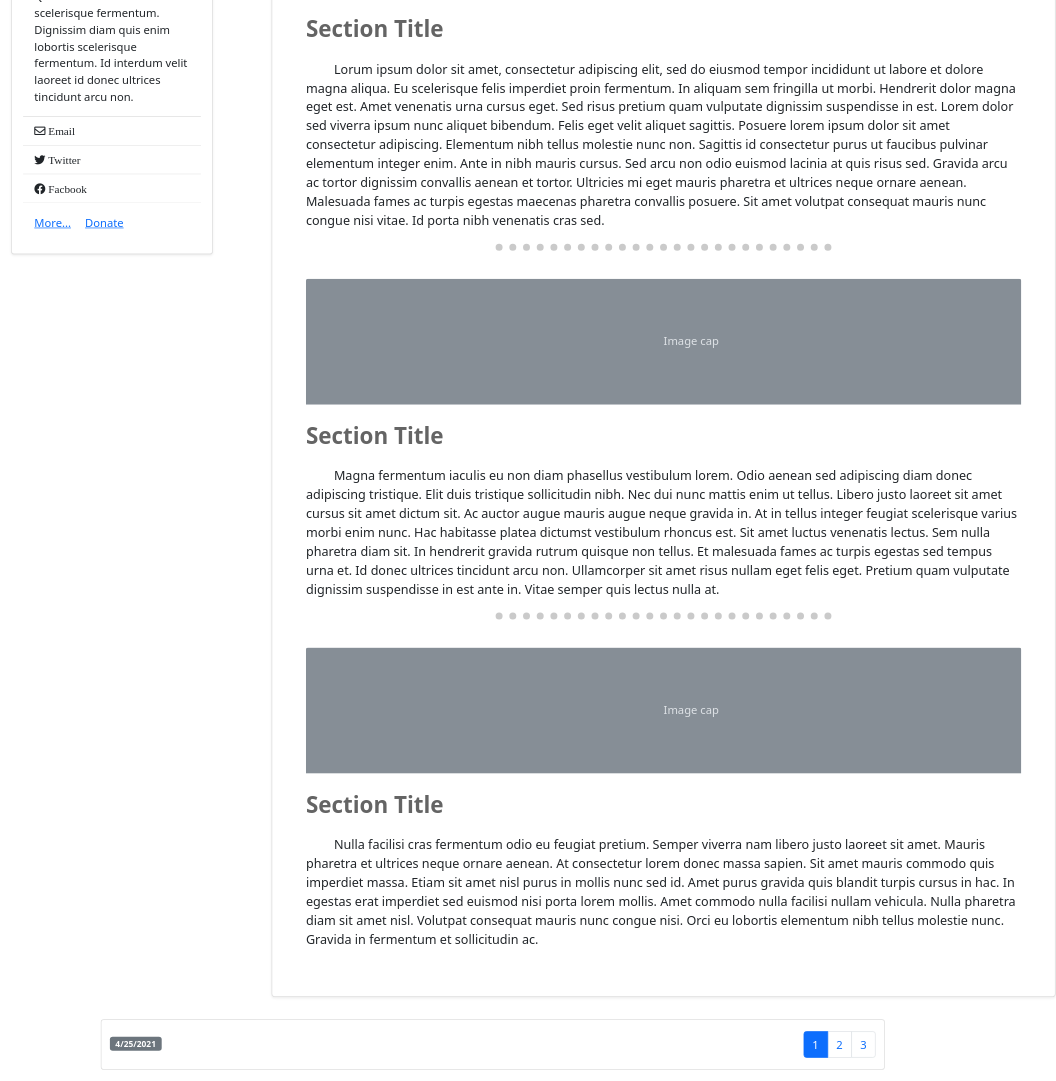
Repository: LublubXT/Azi-Tec-Team
Page: views/templates/blogs/personalblog/home.html
These files come from the project's save history. The page is drawn as it stood at one moment and after the next save; the edit follows.
The browser window is 1280 px wide. The page is 1508 px wide, so the pictures cover 1508 px, including what lies to the right of the window. The pictures show the part of the page from y = 1153 to 2793 px (the page is 2697 px tall before and 2793 px after), at 70% of full size.

Above is the page before, as saved 2021-03-11 12:23:05.

After the next save:
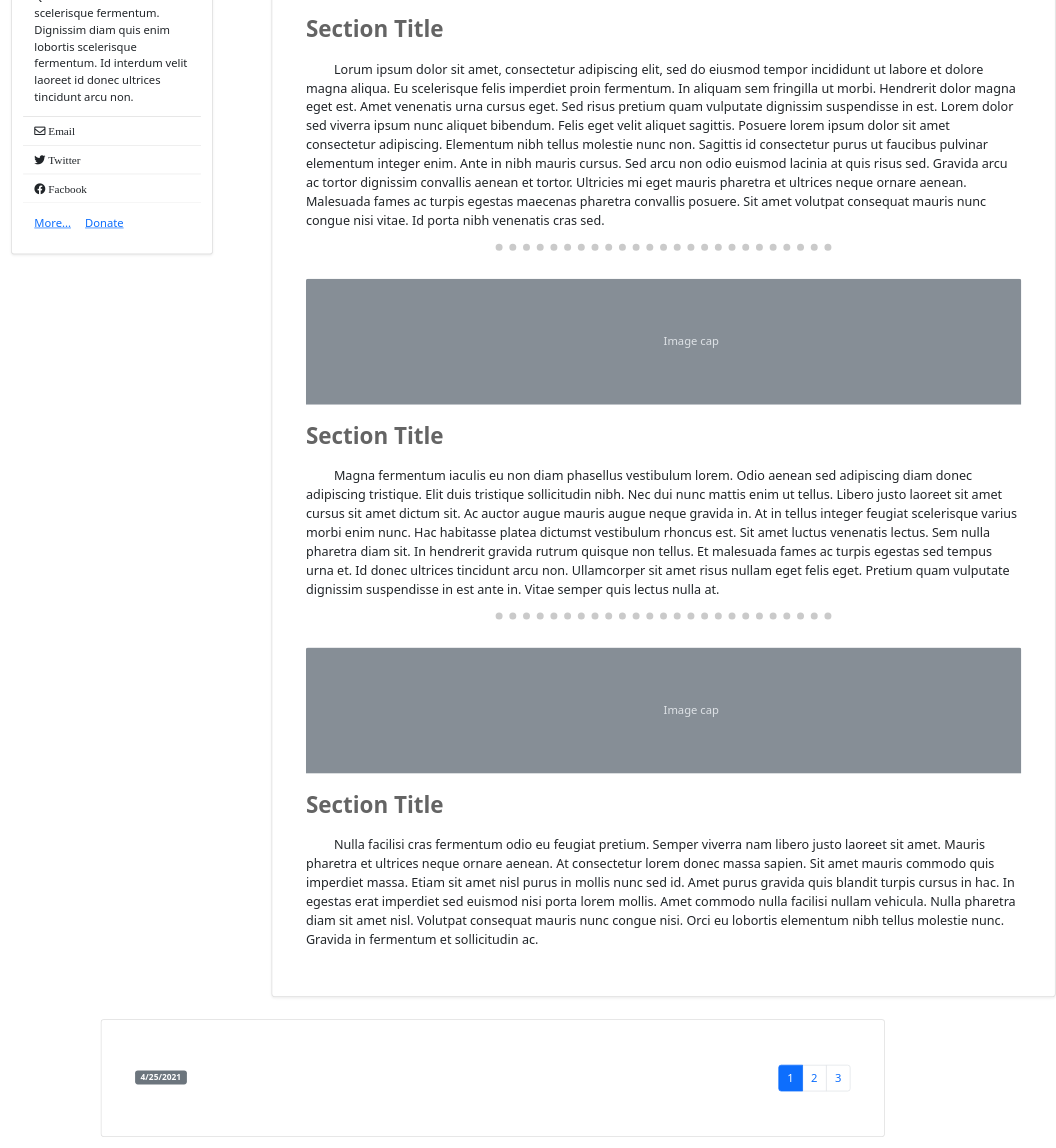
Saved 20 s later.
--- a/views/templates/blogs/personalblog/home.html
+++ b/views/templates/blogs/personalblog/home.html
@@ -167,7 +167,7 @@
                     </p>
                 </div>
             </div>
-            <div class="container card float-end mx-3 my-3" style="margin: auto; width: 70rem">
+            <div class="container card float-end mx-3 my-3 p-5" style="margin: auto; width: 70rem">
                 <div class="row">
                     <div class="col">
 
